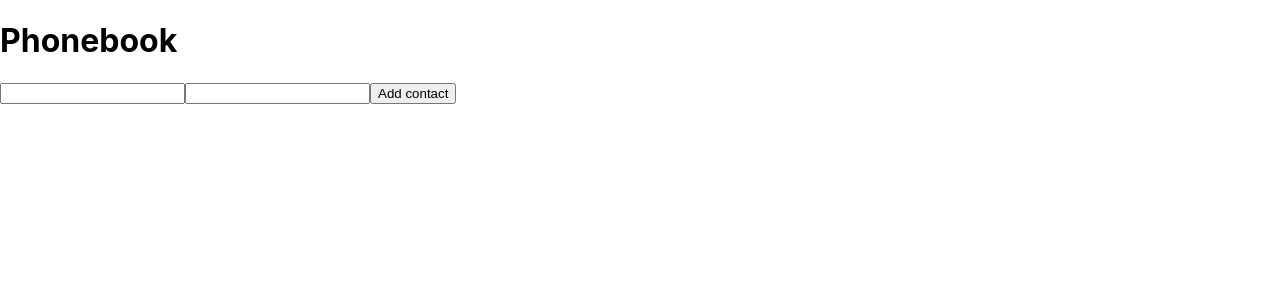
Repository: alexshlikhta/goit-react-hw-02-phonebook
Page: /
An editor plug-in stored every save of this project. The page is shown before and after a run of saves, followed by the edit.
The browser window is 1280 px wide. The pictures show the whole page.
The project was rebuilt for these pictures with package versions that can differ from the ones it lists, and the page was loaded fresh each time. Also part of the build but not shown: src/App.css.

Above is the page before, as saved 2021-12-08 22:58:37.

### src/App.js
import './App.css';
import React, { Component } from 'react';
import { nanoid } from 'nanoid';

export default class App extends Component {
	state = {
		contacts: [],
		name: '',
		number: '',
	};

	userExist = false;

	handleChange = (e) => {
		this.setState({
			[e.target.getAttribute('name')]: e.target.value,
		});
	};

	handleSubmit = (e) => {
		e.preventDefault();

		if (!this.state.contacts.includes(this.state.name)) {
			this.userExist = false;
			this.setState((prevState) => ({
				contacts: [...prevState.contacts, { name: this.state.name, number: this.state.number }],
			}));
			this.clearFields();
		} else {
			this.userExist = true;
			this.clearFields();
		}
	};

	handleDeleteItem = (e) => {};

	clearFields = () => {
		this.setState({
			name: '',
			number: '',
		});
	};

	render() {
		const userExist = this.userExist;

		return (
			<>
				<h1>Phonebook</h1>

				<form onSubmit={this.handleSubmit}>
					<input
						type='text'
						name='name'
						pattern="^[a-zA-Zа-яА-Я]+(([' -][a-zA-Zа-яА-Я ])?[a-zA-Zа-яА-Я]*)*$"
						title="Name may contain only letters, apostrophe, dash and spaces. For example Adrian, Jacob Mercer, Charles de Batz de Castelmore d'Artagnan"
						required
						value={this.state.name}
						onChange={this.handleChange}
					/>

					<input
						type='tel'
						name='number'
						pattern='\+?\d{1,4}?[-.\s]?\(?\d{1,3}?\)?[-.\s]?\d{1,4}[-.\s]?\d{1,4}[-.\s]?\d{1,9}'
						title='Phone number must be digits and can contain spaces, dashes, parentheses and can start with +'
						required
						value={this.state.number}
						onChange={this.handleChange}
					/>

					<button type='submit'>Add contact</button>
				</form>

				<ul>
					{this.state.contacts.map((el, index) => (
						<li id={nanoid()} key={index}>
							{el.name} ---
							{el.number}
							<button onClick={this.handleDeleteItem}>Delete</button>
						</li>
					))}
					{userExist ? <span>This user exists</span> : ''}
				</ul>
			</>
		);
	}
}

Loaded but not shown: public/index.html (common file); src/index.js (common file); src/index.css (common file)

After the next 2 saves:
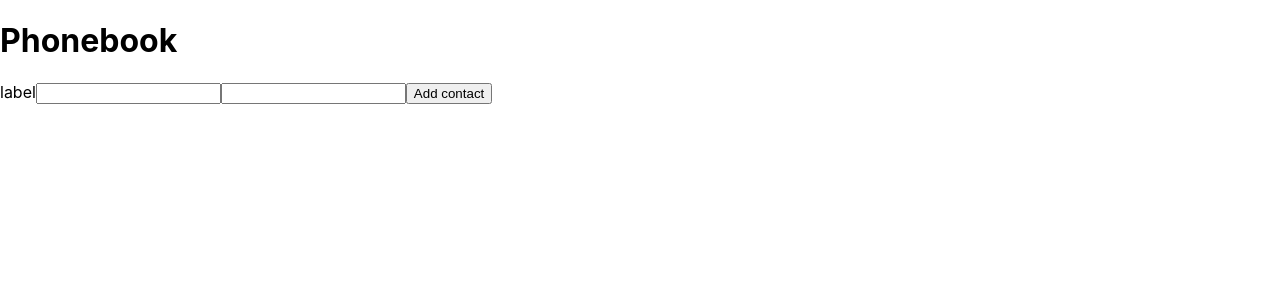
The 2 saves are shown as one change because they came seconds apart.
The last was saved 56 s later.
--- a/src/App.js
+++ b/src/App.js
@@ -49,6 +49,7 @@ export default class App extends Component {
 				<h1>Phonebook</h1>
 
 				<form onSubmit={this.handleSubmit}>
+					label
 					<input
 						type='text'
 						name='name'
